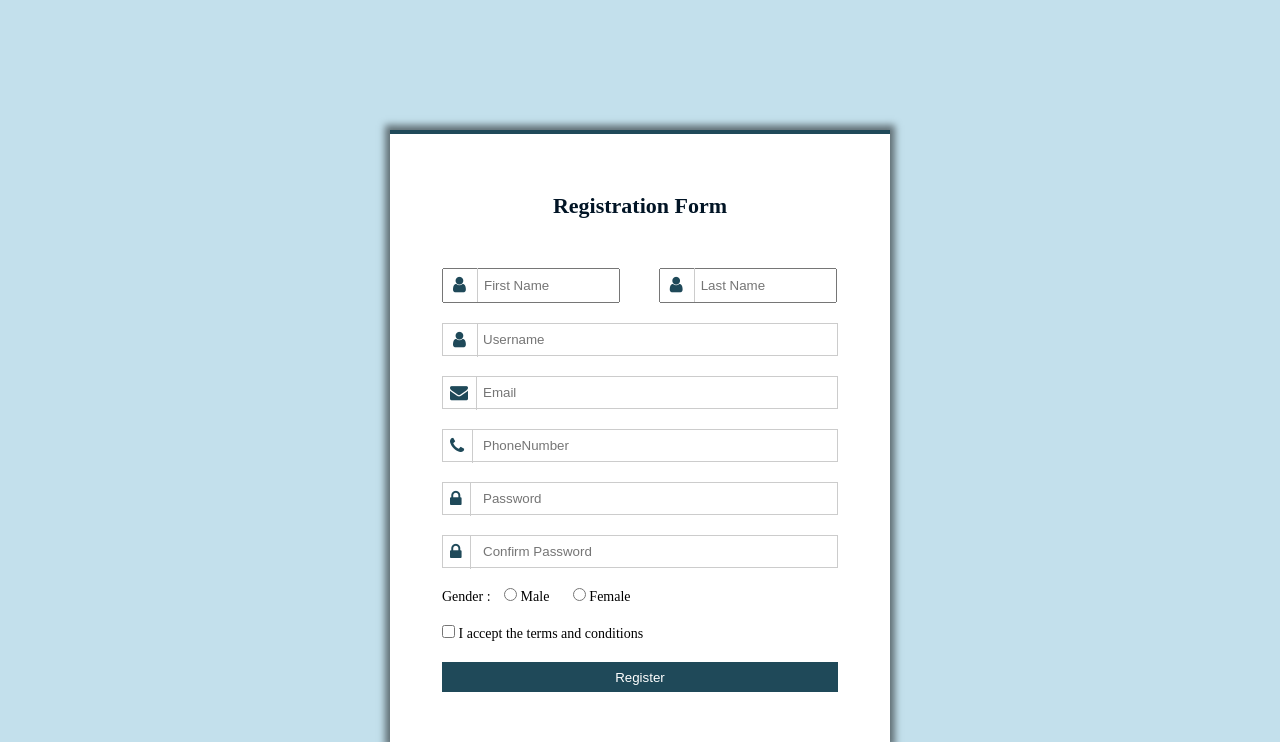
Repository: sampanna17/javabackup
Page: http://localhost/EvoX_CW/pages/register.jsp
An editor plug-in stored every save of this project. The page is shown before and after the next save, followed by the edit.
The browser window is 1280 px wide. The pictures show the whole page.
The page is served by Tomcat 9. Other server files are loaded and not shown.

Above is the page before, as saved 2024-05-05 11:44:12.

### EvoX_CW/src/main/webapp/pages/register.jsp
<%@page import="utils.StringUtils"%>
<%@ page language="java" contentType="text/html; charset=ISO-8859-1"
	pageEncoding="ISO-8859-1"%>

<%
String contextPath = request.getContextPath();
%>
<!DOCTYPE html>
<html lang="en">
<head>
    <meta charset="UTF-8">
    <meta name="viewport" content="width=device-width, initial-scale=1.0">
    <title>Registration Form</title>
    <link rel="stylesheet" type="text/css" href="../stylesheets/register.css"/>
    <link rel="stylesheet" href="https://cdnjs.cloudflare.com/ajax/libs/font-awesome/4.7.0/css/font-awesome.min.css">
</head>

<body>
    <div class="container">

    	<%-- Display error message --%>
		<%
		String errorMessage = (String) request.getAttribute(StringUtils.MESSAGE_ERROR);
		if(errorMessage != null && !errorMessage.isEmpty()){
		%>
		<p class= "error-message"><%=errorMessage%></p>
		<%
		}
		%>

        <h1>Registration Form</h1>
        <div class="form-container">
        <form action="<%=contextPath%>/registerstudent" method="post">

               <div class="input-name">
                    <i class="fa fa-user lock"></i>
                    <input type="text" placeholder="First Name" class="name">

                    <span>
                        <i class="fa fa-user lock"></i>
                        <input type="text" placeholder="Last Name" class="name">
                    </span>

                </div>
                <div class="input-name">
                    <i class="fa fa-user lock"></i>
                    <input type="text" placeholder="Username" class="text-name">
                </div>

                <div class="input-name">
                    <i class="fa fa-envelope email"></i>
                    <input type="email" placeholder="Email" class="text-name">
                </div>
                <div class="input-name">
                    <i class="fa fa-phone"></i>
                    <input type="text" placeholder="PhoneNumber" class="text-name">
                </div>
                <div class="input-name">
                    <i class="fa fa-lock"></i>
                    <input type="password" placeholder="Password" class="text-name">
                </div>
                <div class="input-name">
                    <i class="fa fa-lock"></i>
                    <input type="password" placeholder="Confirm Password" class="text-name">
                </div>
                <div class="input-name">
                    <p style="display: inline-block; margin-right: 10px;">Gender :</p>
                    <input type="radio" class="radio" name="r1" style="display: inline-block;">
                    <label style="margin-right: 20px; display: inline-block;">Male</label>

                    <input type="radio" class="radio1" name="r1" style="display: inline-block;">
                    <label style="display: inline-block;">Female</label>
                </div>

                <div class="input-name">
                    <input type="checkbox" class="check-button">
                    <label> I accept the terms and conditions</label>
                </div>
                <div class="input-name">
                    <input type="submit" class="button" value="Register">
                </div>

        </form>
            <%
			String errMsg = (String) request.getAttribute(StringUtils.MESSAGE_ERROR);
			String successMsg = (String) request.getAttribute(StringUtils.MESSAGE_SUCCESS);

			if (errMsg != null) {
			// print
			%>
			<h4 class="error-msg">
				<%
				out.println(errMsg);
				%>
			</h4>
			<%
			}

			if (successMsg != null) {
			// print
			%>
			<h4 class="success-msg">
				<%
				out.println(successMsg);
				%>
			</h4>
			<%
			}
			%>
        </div>
    </div>
</body>

</html>

### EvoX_CW/src/main/webapp/stylesheets/register.css
@charset "ISO-8859-1";

*
{
    margin:0;
    padding:0;
    box-sizing: border-box;
}
body{
    font-size: 14px;
    background-color:#c3e0ec;
}
.container{
    background-color: white;
    width:500px;
    padding: 30px;
    margin:130px auto 0;
    border-top: 4px solid#1F4959;
    box-shadow: 0 0 7px 5px rgba(0, 0, 0, 0.5);
}
.container h1{
    font-size: 22px;
    line-height: 24px;
    padding:30px;
    text-align: center;
    color:#011425

}
.input-name
{
    width:90%;
    position: relative;
    margin: 20px auto;
}

.lock{
    padding:8px 11px;
}

.name{
    width: 45%;
    padding:8px 0 8px 40px ;
}

.input-name span{
    margin-left: 35px;

}
.text-name{
    width:100%;
    padding:8px 0 8px 40px ;
}

.input-name i
{
    position: absolute;
    font-size: 18px;
    color:#1f4959;
    border-right: 1px solid #cccccc;

}
.email{
    padding:8px;
}
.input-name i.fa-lock{
    padding: 8px;
}
.input-name i.fa-phone{
    padding: 8px;
}

.text-name,name{
    border: 1px solid #cccccc;
    outline: none;
}
r1{
    margin-right: 4px ;
}

.button{
    background-color:#1f4959;
    color: white;
    height: 30px;
    width:100%;
    border: none;
    outline: none;
    cursor: pointer;

}
.button:hover{
    background-color:#c3e0ec;
}

After the next save:
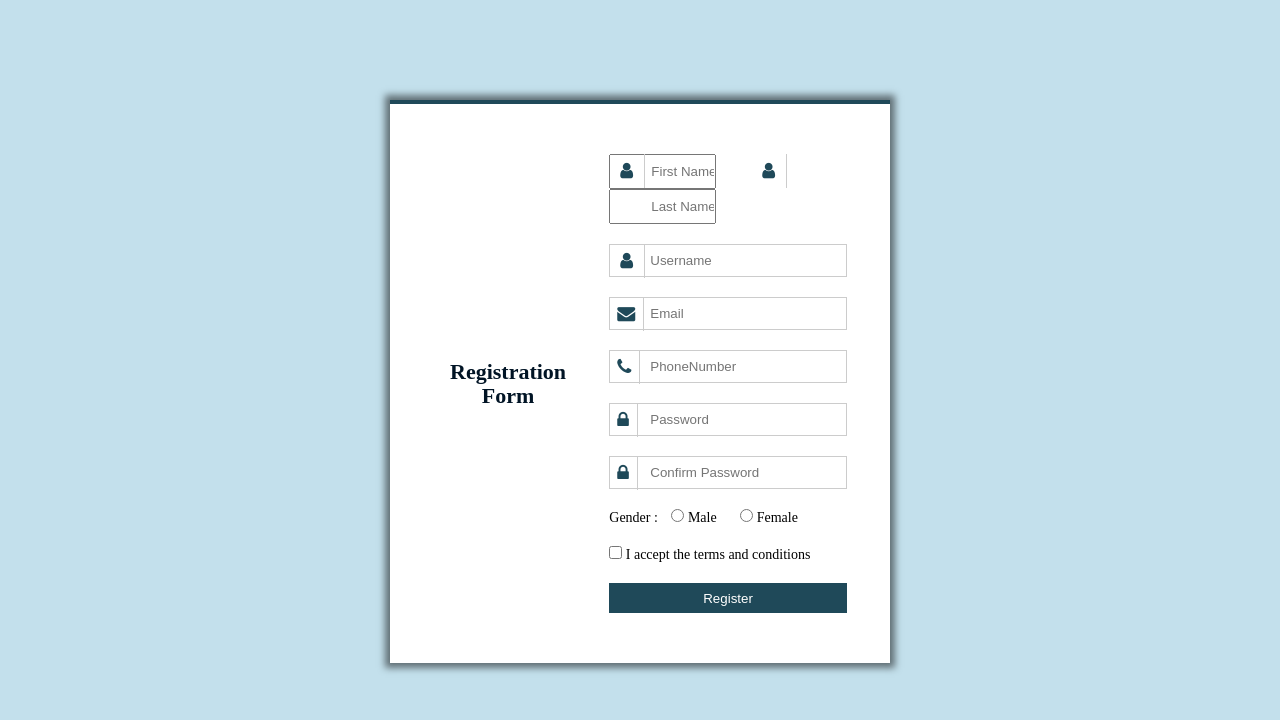
Saved 21 s later.
--- a/EvoX_CW/src/main/webapp/stylesheets/register.css
+++ b/EvoX_CW/src/main/webapp/stylesheets/register.css
@@ -12,12 +12,18 @@ body{
 }
 .container{
     background-color: white;
-    width:500px;
+    width: 500px;
     padding: 30px;
-    margin:130px auto 0;
-    border-top: 4px solid#1F4959;
+    margin: auto; /* Center horizontally */
+    margin-top: 100px; /* Adjust top margin as needed for vertical centering */
+    border-top: 4px solid #1F4959;
     box-shadow: 0 0 7px 5px rgba(0, 0, 0, 0.5);
+    display: flex; /* Use flexbox */
+    justify-content: center; /* Center horizontally */
+    align-items: center; /* Center vertically */
 }
+
+
 .container h1{
     font-size: 22px;
     line-height: 24px;
